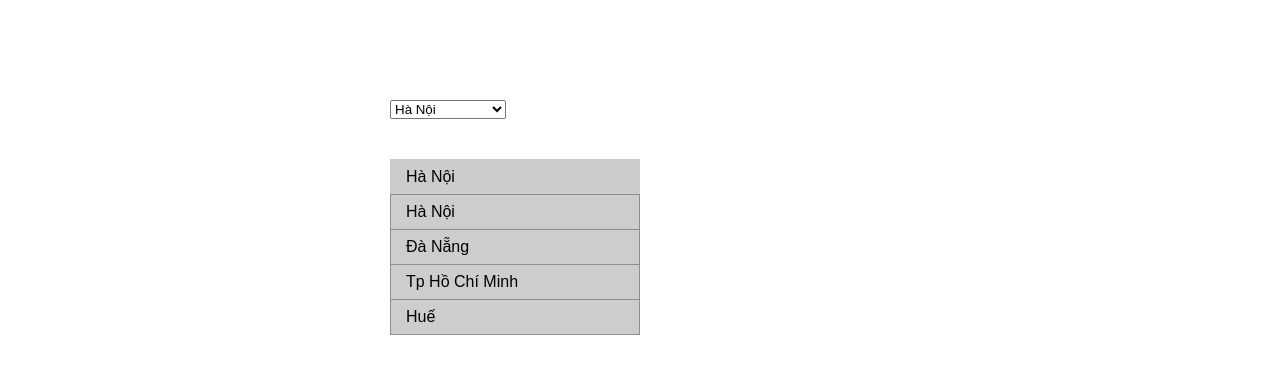
Repository: khanhbinh87/learnJs
Page: customSelect/index.html
These files come from the project's save history. The page is drawn as it stood at one moment and after the next save; the edit follows.
The browser window is 1280 px wide. The pictures show the whole page.

Above is the page before, as saved 2021-06-16 14:25:14.

After the next save:
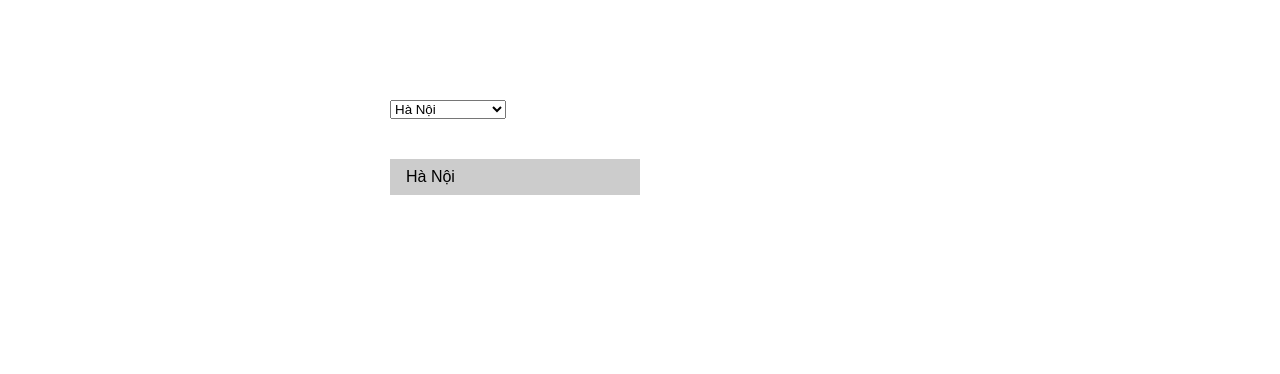
Saved 5 s later.
--- a/customSelect/style.css
+++ b/customSelect/style.css
@@ -32,7 +32,8 @@ body{
     width: 100%;
     left:0;
     top:100%;
-
+    opacity: 0;
+    po
 }
 .wrapper-selected > .list-options > li{
     padding: 8px 15px;
